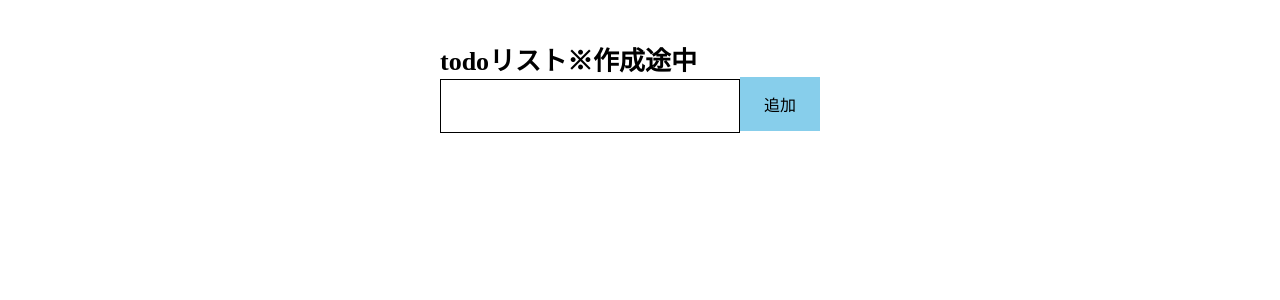
Repository: FujieRyou/react_practice
Page: /
The author's editor kept a copy of each file at every save. The page is drawn from the files as they stood at one save, then again after the next save.
The browser window is 1280 px wide. The pictures show the whole page.
The project was rebuilt for these pictures with package versions that can differ from the ones it lists, and the page was loaded fresh each time. Also part of the build but not shown: vite.config.js, src/components/testComponent.jsx, src/components/countUp.jsx, src/components/switchFlag.jsx, src/components/props1.jsx, src/components/profile.jsx, src/components/ivent.jsx.

Above is the page before, as saved 2023-01-19 03:50:45.

After the next save:
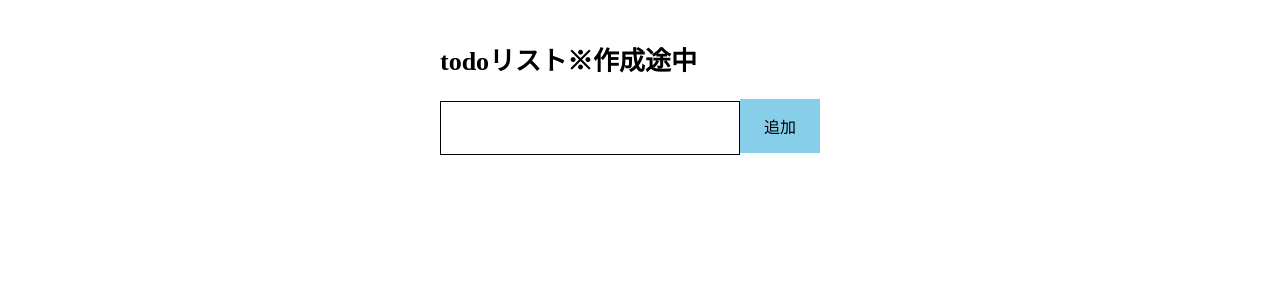
Saved 15 s later.
--- a/src/scss/style.scss
+++ b/src/scss/style.scss
@@ -60,4 +60,5 @@ input{
 .txtArea{
     width: 300px;
     height: 54px;
+    margin-top: 24px;
 }
